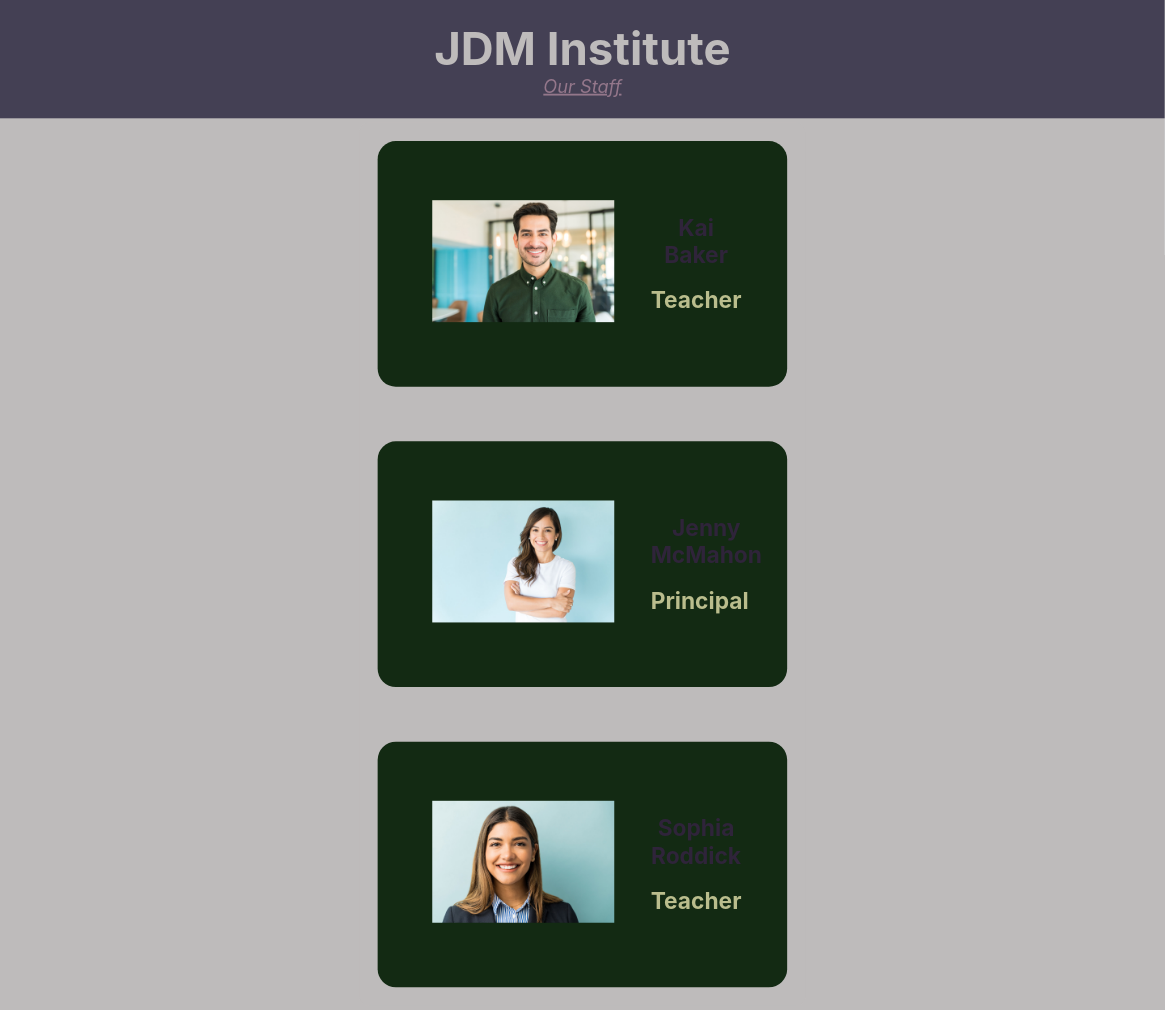
Repository: jennydmcm/class03practice
Page: /about
The author's editor kept a copy of each file at every save. The page is drawn from the files as they stood at one save, then again after the next save.
The browser window is 1280 px wide. The pictures show the whole page, at 91% of full size.
The project was rebuilt for these pictures with package versions that can differ from the ones it lists, and the page was loaded fresh each time. The framework's server and built-in components were replaced by stand-ins that run in the browser. Also part of the build but not shown: next.config.js.

Above is the page before, as saved 2023-01-25 08:50:07.

After the next save:
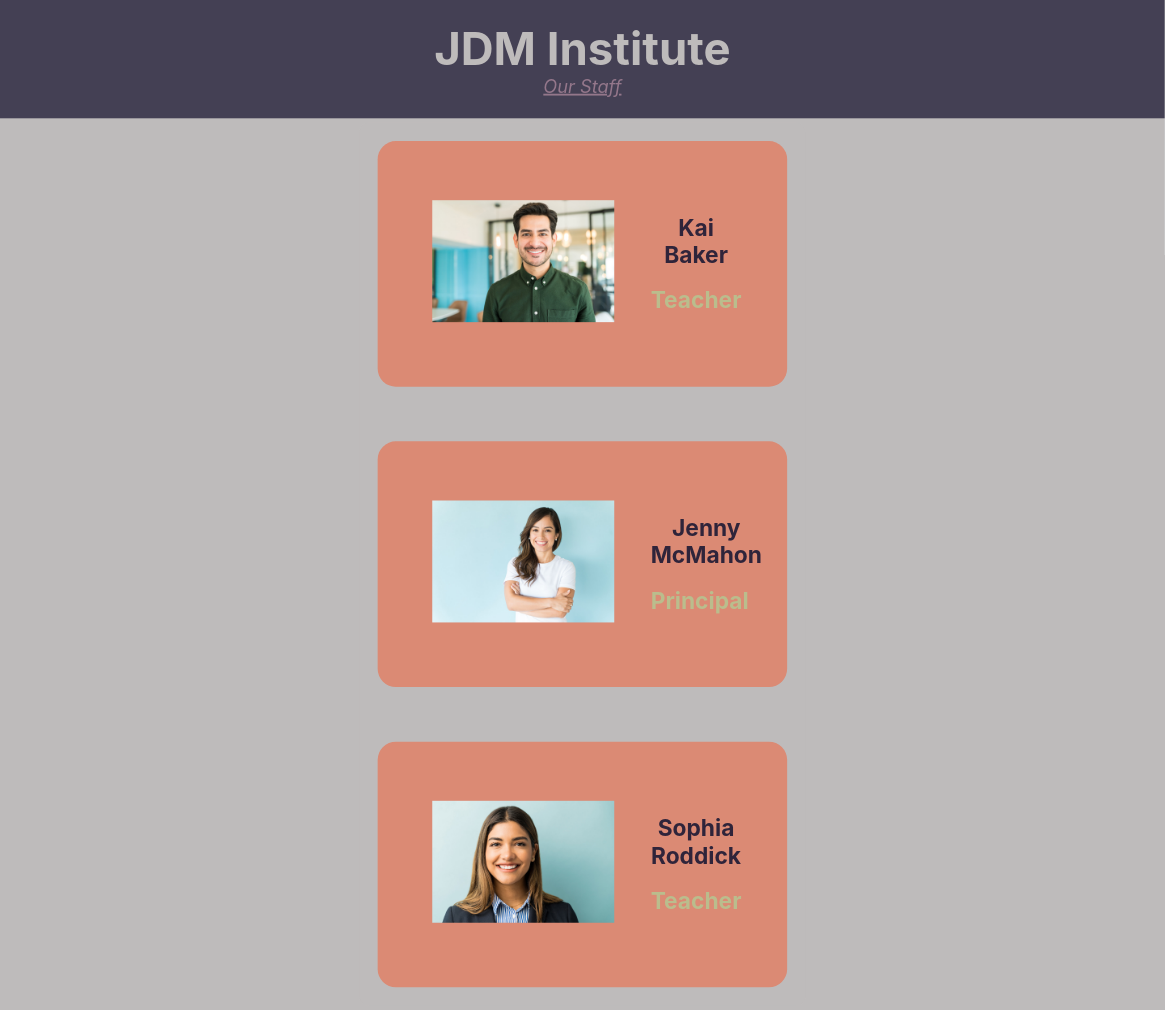
Saved 2 min 43 s later.
--- a/pages/about.js
+++ b/pages/about.js
@@ -35,7 +35,7 @@ export default function About() {
                 key={index}
                 name={info.name}
                 position={info.position}
-                colourCard="#132A13"
+                colourCard="#DB8A74"
                 font="25px"
                 fontColour="#BABD8D"
                 />
